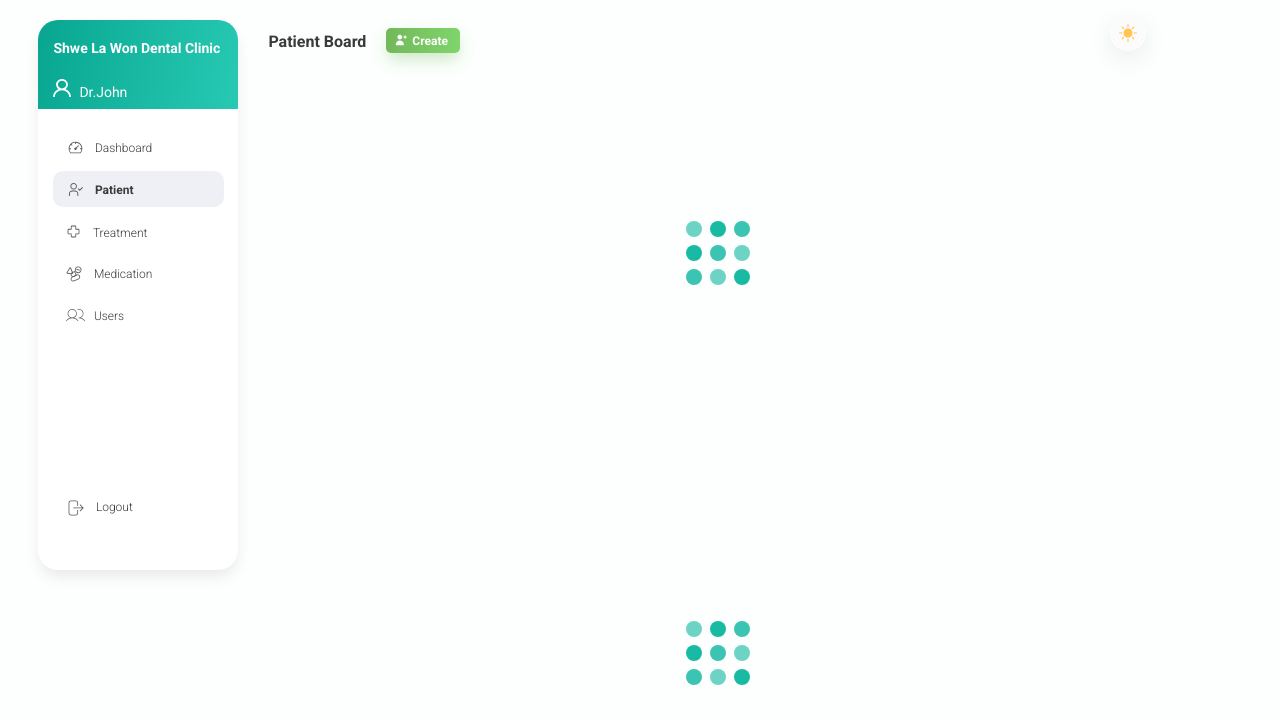
Repository: mrkaskar/frontendpatientrecord_typescript
Page: /patient
An editor plug-in stored every save of this project. The page is shown before and after the next save, followed by the edit.
The browser window is 1280 px wide. The pictures show the whole page.
The page's requests for data from a server got no answer. An inner scrolling area shows only its first screen. The project was rebuilt for these pictures with package versions that can differ from the ones it lists, and the page was loaded fresh each time. No one was signed in, and anything a server would have sent is missing. Also part of the build but not shown: src/components/checkbox/styles/index.css, src/components/checkbox/main.tsx, src/components/dropdown/styles/index.css, src/components/dropdown/main.tsx, src/components/iconbutton/styles/index.css, src/components/iconbutton/main.tsx, src/components/table/styles/index.css, src/components/table/main.tsx and 36 more.

Above is the page before, as saved 2021-12-26 19:25:45.

After the next save:
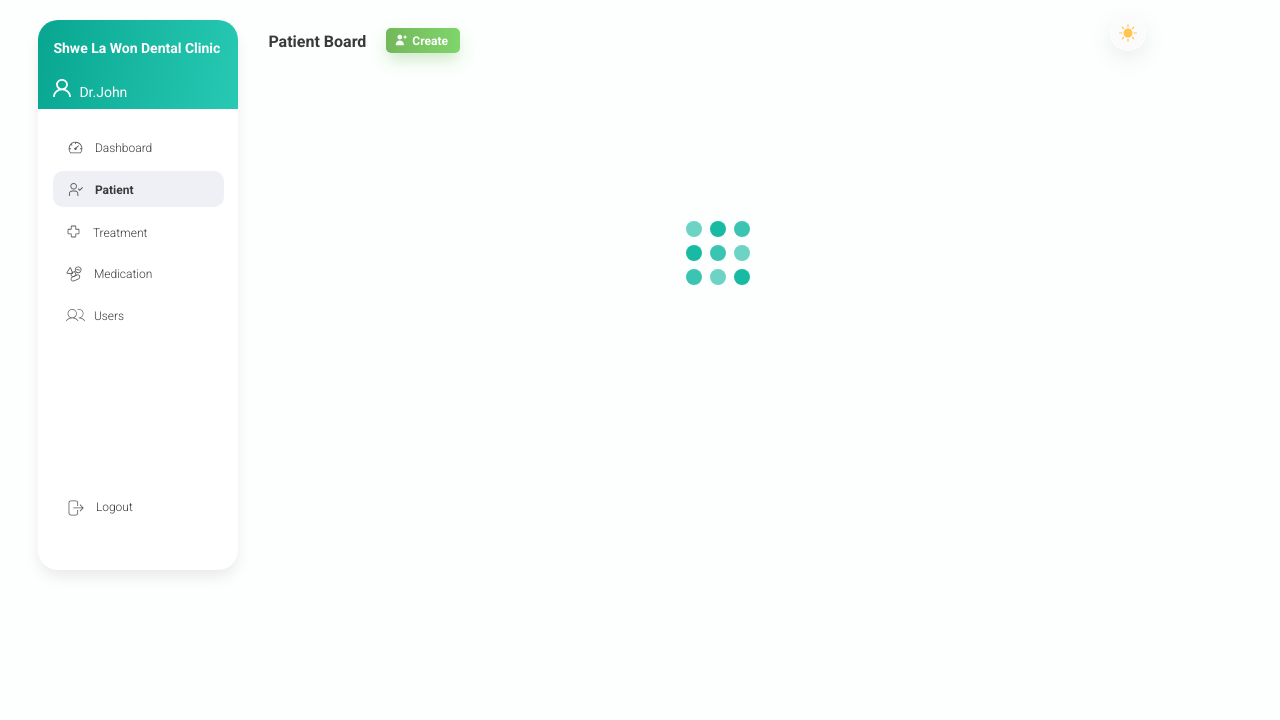
Saved 51 s later.
--- a/src/modules/patient/components/PatientTable.tsx
+++ b/src/modules/patient/components/PatientTable.tsx
@@ -133,7 +133,7 @@ function PatientTable():ReactElement {
             confirm={todelete}
           />
         )
-          : (
+          : deleteModal && deleteP.isLoading ? (
             <div
               style={{
                 height: '400px',
@@ -144,7 +144,7 @@ function PatientTable():ReactElement {
             >
               <Loader />
             </div>
-          )
+          ) : null
       }
       <div style={{ width: '900px' }}>
         {
